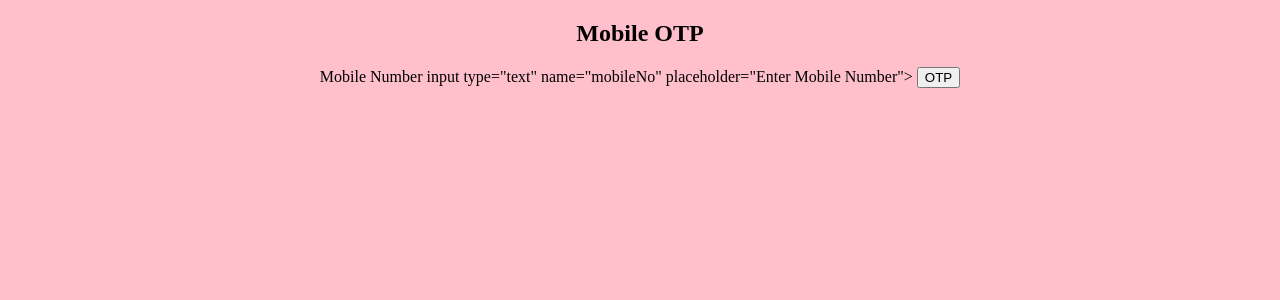
Repository: singhmohan333/springframework
Page: http://localhost/HelloWorld/
The author's editor kept a copy of each file at every save. The page is drawn from the files as they stood at one save, then again after the next save.
The browser window is 1280 px wide. The pictures show the whole page.
The page is served by Tomcat 9. Nobody is signed in. The application's start-up code is not run. Other server files are loaded and not shown.

Above is the page before, as saved 2018-01-25 02:05:55.
Console error (its wording comes from the project's code and is left out).

### HelloWorld/src/main/webapp/index.jsp
<!DOCTYPE html PUBLIC "-//W3C//DTD HTML 4.01 Transitional//EN" "http://www.w3.org/TR/html4/loose.dtd">
<html>
<head>
<meta http-equiv="Content-Type" content="text/html; charset=ISO-8859-1">
<title>Spring 4 MVC - HelloWorld Index Page</title>
</head>
<body bgcolor="pink" alink="red" vlink="blue">
<center>
		<h2>Mobile OTP</h2>
		<div class="form-group">
		<form onclick="/SMSClass">
		<label for="mobilenumber">Mobile Number</label> input type="text" name="mobileNo" placeholder="Enter Mobile Number">
		<input type="submit" value="OTP">

		</form>

		</div>

</center>
</body>
</html>

After the next save:
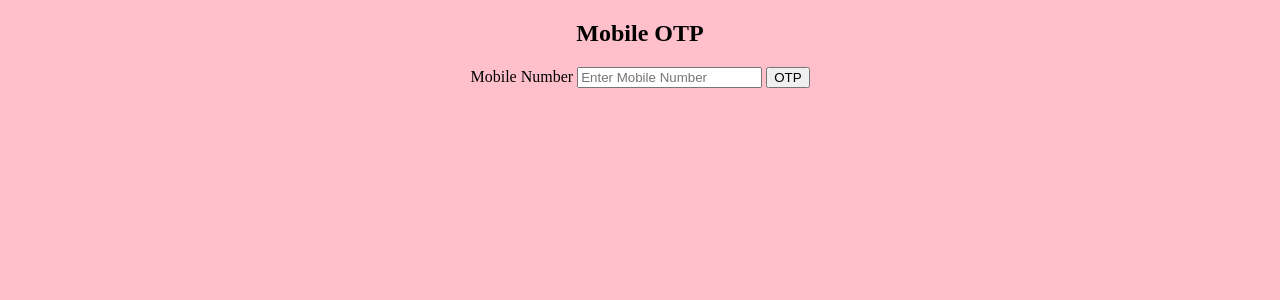
Saved 23 s later.
--- a/HelloWorld/src/main/webapp/index.jsp
+++ b/HelloWorld/src/main/webapp/index.jsp
@@ -9,7 +9,7 @@
 		<h2>Mobile OTP</h2>
 		<div class="form-group">
 		<form onclick="/SMSClass">
-		<label for="mobilenumber">Mobile Number</label> input type="text" name="mobileNo" placeholder="Enter Mobile Number">
+		<label for="mobilenumber">Mobile Number</label> <input type="text" name="mobileNo" placeholder="Enter Mobile Number">
 		<input type="submit" value="OTP">
 
 		</form>
